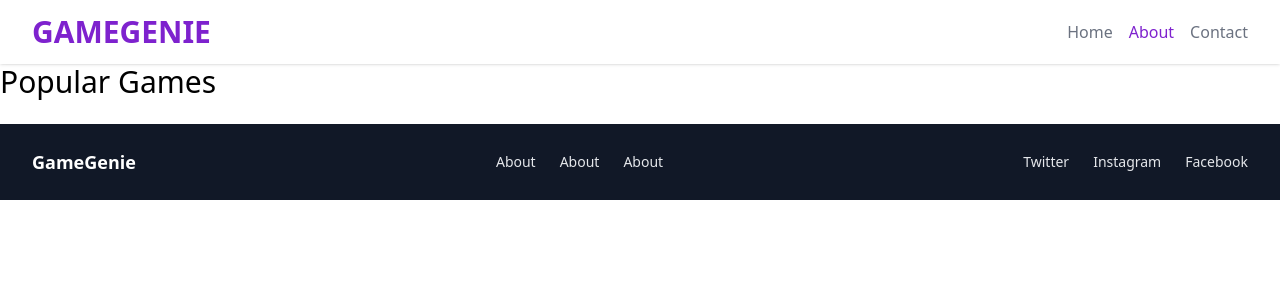
Repository: mfaeezshabbir/Gamegenie
Page: /allGames
An editor plug-in stored every save of this project. The page is shown before and after the next save, followed by the edit.
The browser window is 1280 px wide. The pictures show the whole page.
The page's requests for data from a server got no answer. The project was rebuilt for these pictures with package versions that can differ from the ones it lists, and the page was loaded fresh each time. The framework's server and built-in components were replaced by stand-ins that run in the browser. No one was signed in, and anything a server would have sent is missing. Also part of the build but not shown: next.config.js, components/GameCard/GameCard.jsx.

Above is the page before, as saved 2023-04-18 13:00:59.

After the next save:
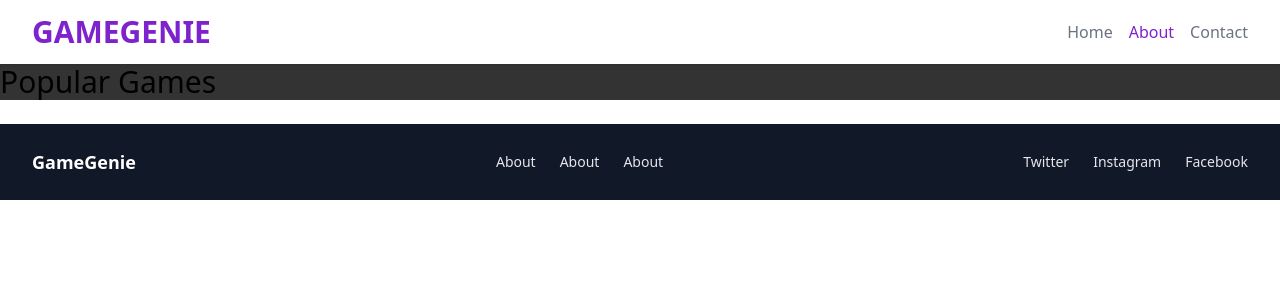
Saved 4 s later.
--- a/pages/allGames.jsx
+++ b/pages/allGames.jsx
@@ -18,7 +18,7 @@ export default function Home() {
 
   return (
     <div className="justify-center items-center" >
-      <h1 className="text-3xl items-center bg-[]" >Popular Games</h1><br />
+      <h1 className="text-3xl items-center bg-[#333]" >Popular Games</h1><br />
       <div className="grid grid-cols-1 sm:grid-cols-2 lg:grid-cols-3 gap-4">
         {games.map((game) => (
           <GameCard key={game.name} game={game} />
